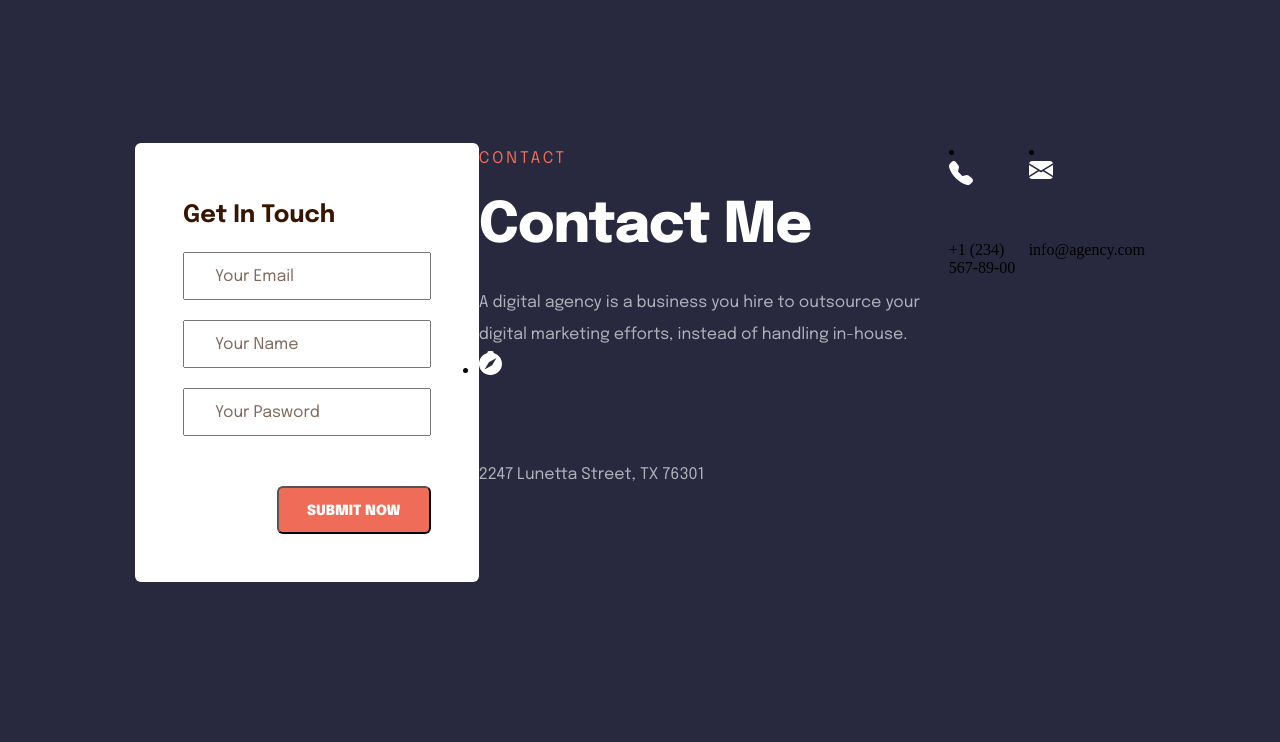
Repository: MehdiKerimov/Figma-Task-14
Page: index.html
An editor plug-in stored every save of this project. The page is shown before and after a run of saves, followed by the edit.
The browser window is 1280 px wide. The pictures show the whole page.

Above is the page before, as saved 2023-10-07 15:32:40.

After the next 2 saves:
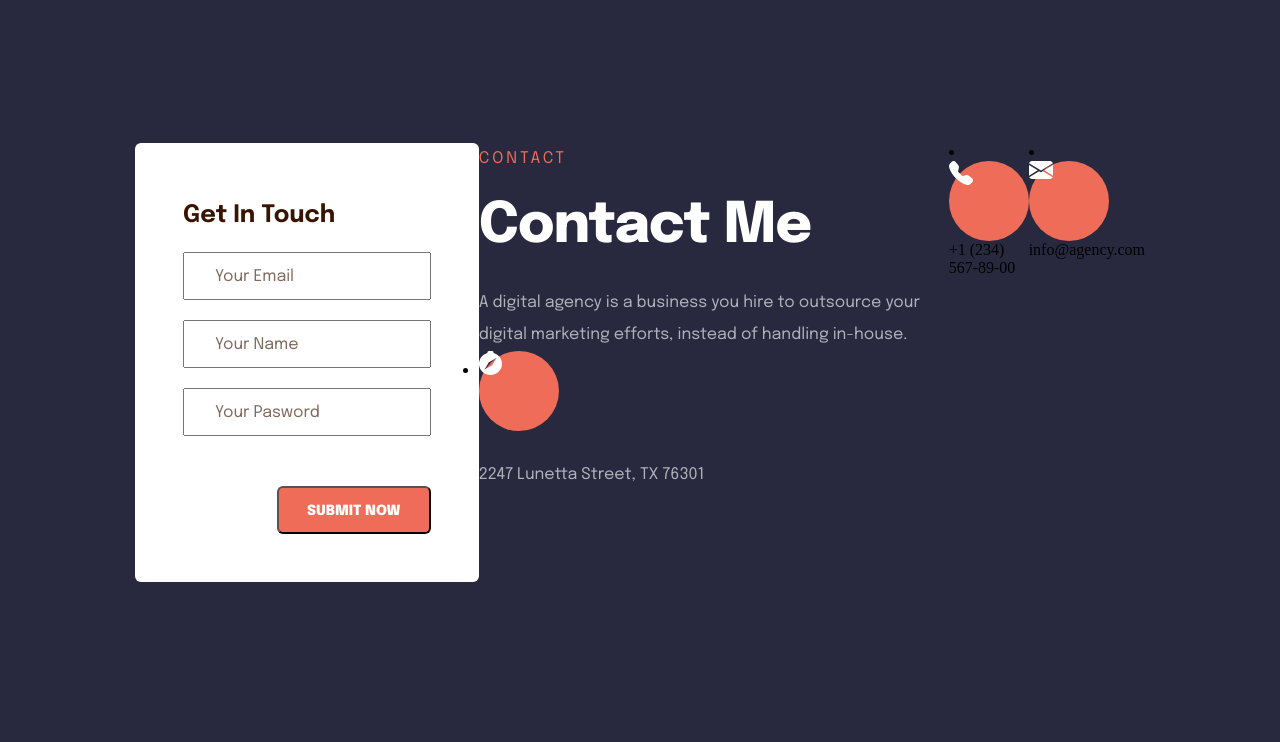
The 2 saves are shown as one change because they came seconds apart.
The last was saved 11 s later.
--- a/index.css
+++ b/index.css
@@ -119,5 +119,6 @@ input::placeholder {
 .container .circle {
   width: 80px;
   height: 80px;
+  background-color: #ef6d58;
   border-radius: 50%;
 }
